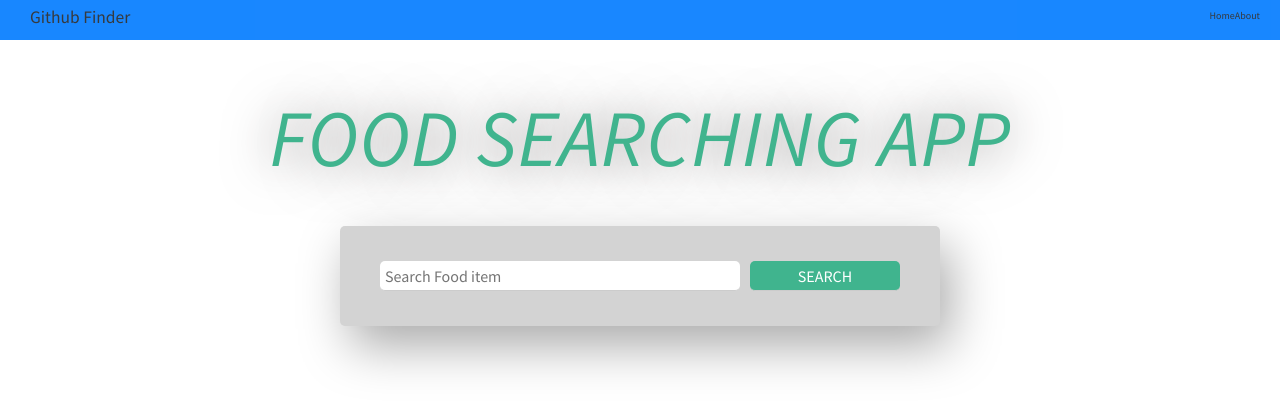
Repository: priyavmehta/React-Food-Recipe-App
Page: /
These files come from the project's save history. The page is drawn as it stood at one moment and after the next save; the edit follows.
The browser window is 1280 px wide. The pictures show the whole page.
The project was rebuilt for these pictures with package versions that can differ from the ones it lists, and the page was loaded fresh each time. Also part of the build but not shown: src/Components/RecipeDetails.js, src/Components/Recipe.js, src/Components/Alert.js.

Above is the page before, as saved 2020-07-11 22:00:26.

After the next save:
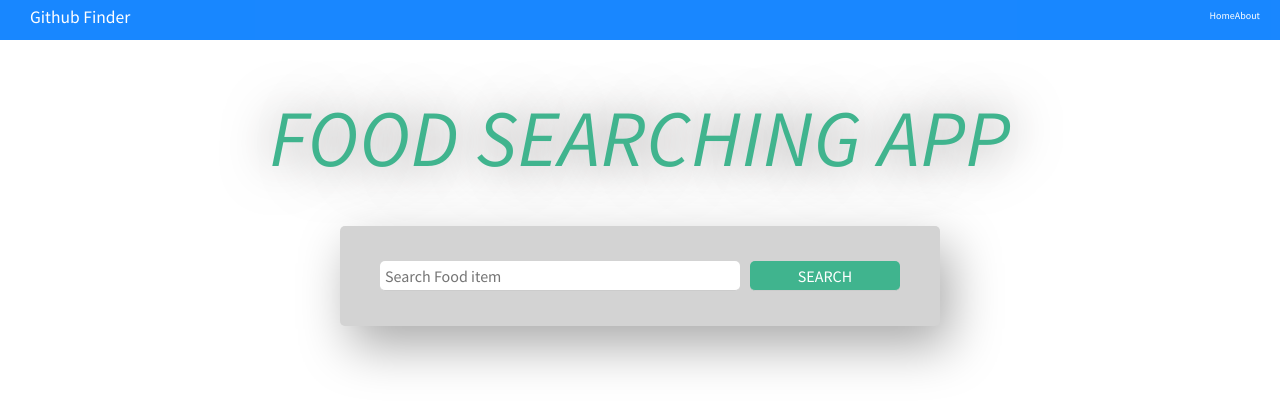
Saved 45 s later.
--- a/src/App.css
+++ b/src/App.css
@@ -186,3 +186,9 @@ h1 {
 .navbar .welcome span {
   margin-right: 0.6rem;
 }
+
+
+.bg-primary {
+  background: var(--primary-color);
+  color: #fff;
+}
